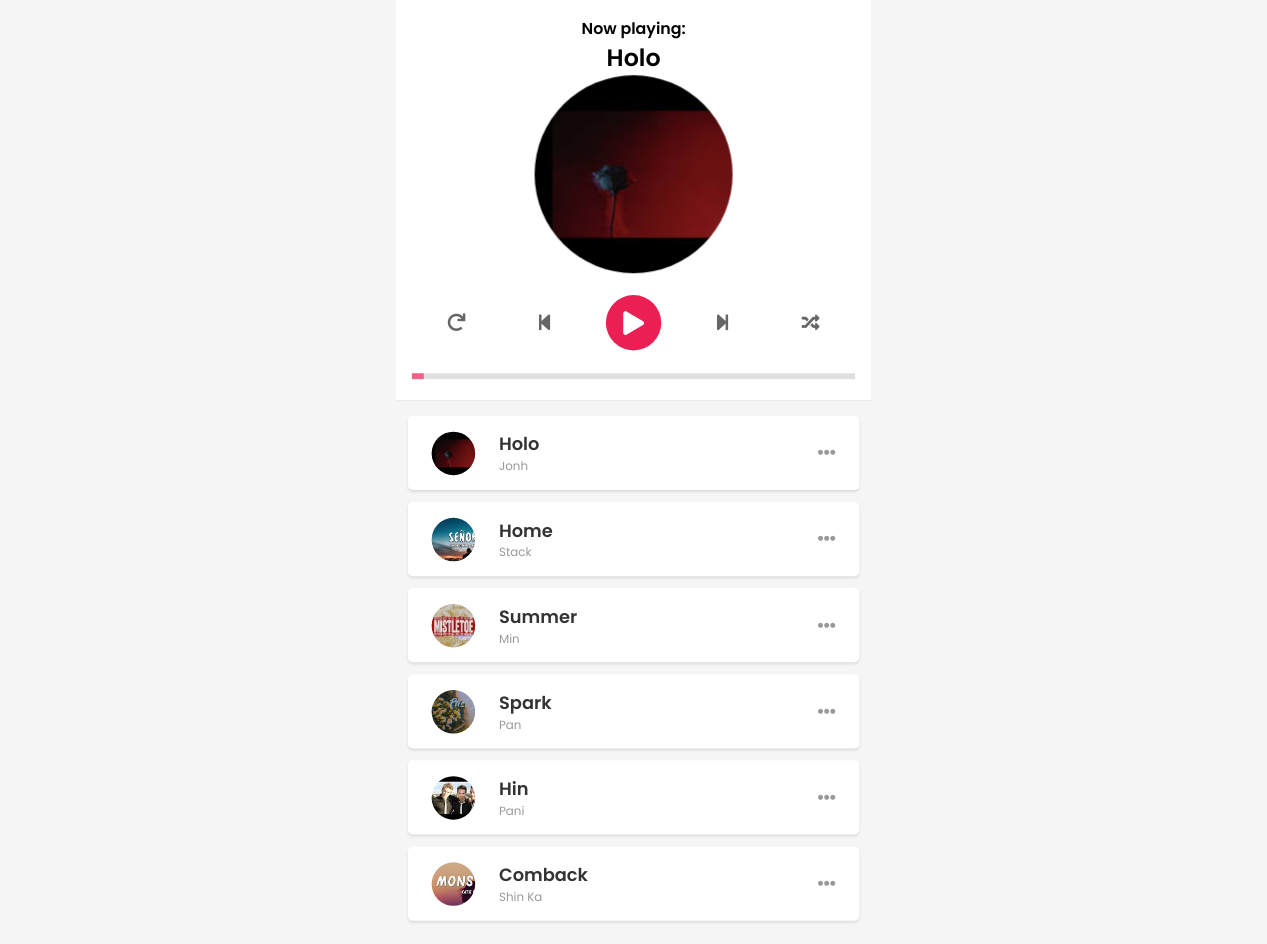
Repository: MinhNhatIT2901/Mp3-clon
Page: index.html
The author's editor kept a copy of each file at every save. The page is drawn from the files as they stood at one save, then again after the next save.
The browser window is 1280 px wide. The pictures show the whole page, at 99% of full size.

Above is the page before, as saved 2022-01-02 14:31:39.

### index.html
<!DOCTYPE html>
<html lang="en">
<head>
    <meta charset="UTF-8">
    <meta http-equiv="X-UA-Compatible" content="IE=edge">
    <meta name="viewport" content="width=device-width, initial-scale=1.0">
    <title>Document</title>
    <link rel="stylesheet" href="./asset/css/app.css">
    <link rel="stylesheet" href="https://cdnjs.cloudflare.com/ajax/libs/font-awesome/5.15.2/css/all.min.css" integrity="sha512-HK5fgLBL+xu6dm/Ii3z4xhlSUyZgTT9tuc/hSrtw6uzJOvgRr2a9jyxxT1ely+B+xFAmJKVSTbpM/CuL7qxO8w==" crossorigin="anonymous" />
    <link rel="preconnect" href="https://fonts.gstatic.com">
    <link href="https://fonts.googleapis.com/css2?family=Poppins:wght@300;400;600&display=swap" rel="stylesheet">
</head>
<body>
    <div class="player">
        <div class="dashboard">
            <div class="header" style="text-align: center">
                <h4>Now playing:</h4>
                <h2 class="header-name">String 57th & 9th</h2>
            </div>

            <div class="cd">
                <div class="cd-thumb" style="background-image: url('https://i.ytimg.com/vi/jTLhQf5KJSc/maxresdefault.jpg')">
                </div>
            </div>

            <div class="control">
                <div class="btn btn-repeat">
                    <i class="fas fa-redo"></i>
                </div>
                <div class="btn btn-prev">
                    <i class="fas fa-step-backward"></i>
                </div>
                <div class="btn btn-toggle-play">
                    <i class="fas fa-pause icon-pause"></i>
                    <i class="fas fa-play icon-play"></i>
                </div>
                <div class="btn btn-next">
                    <i class="fas fa-step-forward"></i>
                </div>
                <div class="btn btn-random">
                    <i class="fas fa-random"></i>
                </div>
            </div>

            <input id="progress" class="progress" type="range" value="0" step="1" min="0" max="100">
            <audio id="audio" src=""></audio>
        </div>

        <div class="playlist">
        </div>
    </div>
</body>
    <script src="./asset/css/app.js"></script>
</html>

### asset/css/app.css
:root {
  --primary-color: #ec1f55;
  --text-color: #333;
}

* {
  padding: 0;
  margin: 0;
  box-sizing: inherit;
}

body {
  background-color: #f5f5f5;
}

html {
  box-sizing: border-box;
  font-family: "Poppins", sans-serif;
}

.player {
  position: relative;
  max-width: 480px;
  margin: 0 auto;
}

.player .icon-pause {
  display: none;
}

.player.playing .icon-pause {
  display: inline-block;
}

.player.playing .icon-play {
  display: none;
}

.dashboard {
  padding: 16px 16px 14px;
  background-color: #fff;
  position: fixed;
  top: 0;
  width: 100%;
  max-width: 480px;
  border-bottom: 1px solid #ebebeb;
}

/* HEADER */
header {
  text-align: center;
  margin-bottom: 10px;
}

header h4 {
  color: var(--primary-color);
  font-size: 12px;
}

header h2 {
  color: var(--text-color);
  font-size: 20px;
}

/* CD */
.cd {
  display: flex;
  margin: auto;
  width: 200px;
}

.cd-thumb {
  width: 100%;
  padding-top: 100%;
  border-radius: 50%;
  background-color: #333;
  background-size: cover;
  margin: auto;
}

/* CONTROL */
.control {
  display: flex;
  align-items: center;
  justify-content: space-around;
  padding: 18px 0 8px 0;
}

.control .btn {
  color: #666;
  padding: 18px;
  font-size: 18px;
}

.control .btn.active {
  color: var(--primary-color);
}

.control .btn-toggle-play {
  width: 56px;
  height: 56px;
  border-radius: 50%;
  font-size: 24px;
  color: #fff;
  display: flex;
  align-items: center;
  justify-content: center;
  background-color: var(--primary-color);
}

.progress {
  width: 100%;
  -webkit-appearance: none;
  height: 6px;
  background: #d3d3d3;
  outline: none;
  opacity: 0.7;
  -webkit-transition: 0.2s;
  transition: opacity 0.2s;
}

.progress::-webkit-slider-thumb {
  -webkit-appearance: none;
  appearance: none;
  width: 12px;
  height: 6px;
  background-color: var(--primary-color);
  cursor: pointer;
}

/* PLAYLIST */
.playlist {
  margin-top: 408px;
  padding: 12px;
}

.song {
  display: flex;
  align-items: center;
  margin-bottom: 12px;
  background-color: #fff;
  padding: 8px 16px;
  border-radius: 5px;
  box-shadow: 0 2px 3px rgba(0, 0, 0, 0.1);
}

.song.active {
  background-color: var(--primary-color);
}

.song:active {
  opacity: 0.8;
}

.song.active .option,
.song.active .author,
.song.active .title {
  color: #fff;
}

.song .thumb {
  width: 44px;
  height: 44px;
  border-radius: 50%;
  background-size: cover;
  margin: 0 8px;
}

.song .body {
  flex: 1;
  padding: 0 16px;
}

.song .title {
  font-size: 18px;
  color: var(--text-color);
}

.song .author {
  font-size: 12px;
  color: #999;
}

.song .option {
  padding: 16px 8px;
  color: #999;
  font-size: 18px;
}

### asset/css/app.js
const $ = document.querySelector.bind(document);
const $$ = document.querySelectorAll.bind(document);

const cd = $('.cd');
const heading = $('.header-name');
const cdThumb = $('.cd-thumb');
const audio = $('#audio');
const playBtn = $('.btn-toggle-play');
const player = $('.player');
const progress = $('#progress');
const prevBtn = $('.btn-prev');
const nextBtn = $('.btn-next');
const randomBtn = $('.btn-random');
const repeatBtn = $('.btn-repeat');

const app = {
    currentIndex: 0,
    isPlaying: false,
    isRandom: false,
    isRepeat: false,
    songs: [
        {
            name: 'Holo',
            singer: 'Jonh',
            path: './asset/music/holo.mp3',
            image: './asset/img/img1.jpg'
        },
        {
            name: 'Home',
            singer: 'Stack',
            path: './asset/music/home.mp3',
            image: './asset/img/img2.jpg'
        },
        {
            name: 'Summer',
            singer: 'Min',
            path: './asset/music/mp3_music_summer.mp3',
            image: './asset/img/img3.jpg'
        },
        {
            name: 'Spark',
            singer: 'Pan',
            path: './asset/music/spark.mp3',
            image: './asset/img/img4.jpg'
        },
        {
            name: 'Hin',
            singer: 'Pani',
            path: './asset/music/home.mp3',
            image: './asset/img/img5.jpg'
        },
        {
            name: 'Comback',
            singer: 'Shin Ka',
            path: './asset/music/mp3_music_summer.mp3',
            image: './asset/img/img6.jpg'
        },
    ],
    render: function() {
        const htmls = this.songs.map(song => {
            return `
            <div class="song">
                <div class="thumb"
                    style="background-image: url('${song.image}')">
                </div>
                <div class="body">
                    <h3 class="title">${song.name}</h3>
                    <p class="author">${song.singer}</p>
                </div>
                <div class="option">
                    <i class="fas fa-ellipsis-h"></i>
                </div>
            </div>
            `
        })
        $('.playlist').innerHTML = htmls.join('');
    },
    defineProperties: function() {
        Object.defineProperty(this, 'currentSong', {
            get: function() {
                return this.songs[this.currentIndex]
            }
        })
    },
    handleEvents: function() {
        const _this = this

        // Xu ly phong to hoac thu nho CD
        const cdWidth = cd.offsetWidth;
        document.onscroll = function() {
            const scrollTop = window.scrollY || document.documentElement.scrollTop;
            const newCdWidth = cdWidth - scrollTop;

            cd.style.width = newCdWidth > 0 ? newCdWidth + 'px' : 0;
            cd.style.opacity = newCdWidth / cdWidth;
        }

        // Xu ly khi click play
        playBtn.onclick = function() {
            if(_this.isPlaying) {
                audio.pause()
            }else {
                audio.play()
            }
        }

        // Khi song duoc play
        audio.onplay = function() {
            _this.isPlaying = true
            player.classList.add('playing')
            cdThumbAnimate.play()
        }

        // Khi song bi pause
        audio.onpause = function() {
            _this.isPlaying = false
            player.classList.remove('playing')
            cdThumbAnimate.pause()
        }

        // Bắt tiến độ bài hát
        audio.ontimeupdate = function() {
            if(audio.duration) {
                const progressPercent = Math.floor(audio.currentTime / audio.duration * 100)
                progress.value = progressPercent
            }
        }

        // Xu ly khi tua
        progress.onchange = function(e) {
            const seekTime =  audio.duration / 100 * e.target.value
            audio.currentTime = seekTime
        }

        // Xử lý CD quay / dừng
        const cdThumbAnimate = cdThumb.animate([
            { transform: 'rotate(360deg)'}
        ], {
            duration: 10000, // 10 seconds
            iterations: Infinity
        })
        cdThumbAnimate.pause()

        // Khi next song
        nextBtn.onclick = function() {
            if(_this.isRandom) {
                _this.playRandomSong()
            }else {
                _this.nextSong()
            }
            audio.play()
        }

        // Khi prev song
        prevBtn.onclick = function() {
            if(_this.isRandom) {
                _this.playRandomSong()
            }else {
                _this.prevSong()
            }
            audio.play()
        }

        // Click random button
        randomBtn.onclick = function(e) {
            _this.isRandom = !_this.isRandom
            randomBtn.classList.toggle('active', _this.isRandom)
        }

        // Click repeat
        repeatBtn.onclick = function(e) {
            _this.isRepeat = !_this.isRepeat
            repeatBtn.classList.toggle('active', _this.isRepeat)
        }

        // Next song when audio ended or back
        audio.onended = function() {
            if(_this.isRepeat) {
                audio.play()
            }else {
                nextBtn.click()
            }
        }
    },
    loadCurrentSong: function() {
        heading.textContent = this.currentSong.name;
        cdThumb.style.backgroundImage = `url('${this.currentSong.image}')`;
        audio.src = this.currentSong.path;
    },
    nextSong: function() {
        this.currentIndex++
        if(this.currentIndex >= this.songs.length) {
            this.currentIndex = 0
        }
        this.loadCurrentSong()
    },
    prevSong: function() {
        this.currentIndex--
        if(this.currentIndex < 0) {
            this.currentIndex = this.songs.length - 1
        }
        this.loadCurrentSong()
    },
    playRandomSong: function() {
        let newIndex
        do {
            newIndex = Math.floor(Math.random() * this.songs.length)
        }while(newIndex === this.currentIndex)
        this.currentIndex = newIndex
        this.loadCurrentSong()
    },
    start: function() {
        // Định nghĩa các thuộc tính cho object
        this.defineProperties();

        // Lắng nghe / xử lý các sự kiện (DOM event)
        this.handleEvents();

        // Load thong tin bai hat dau tien vao` UI
        this.loadCurrentSong();

        // Render playlist
        this.render();
    }
}

app.start();

After the next save:
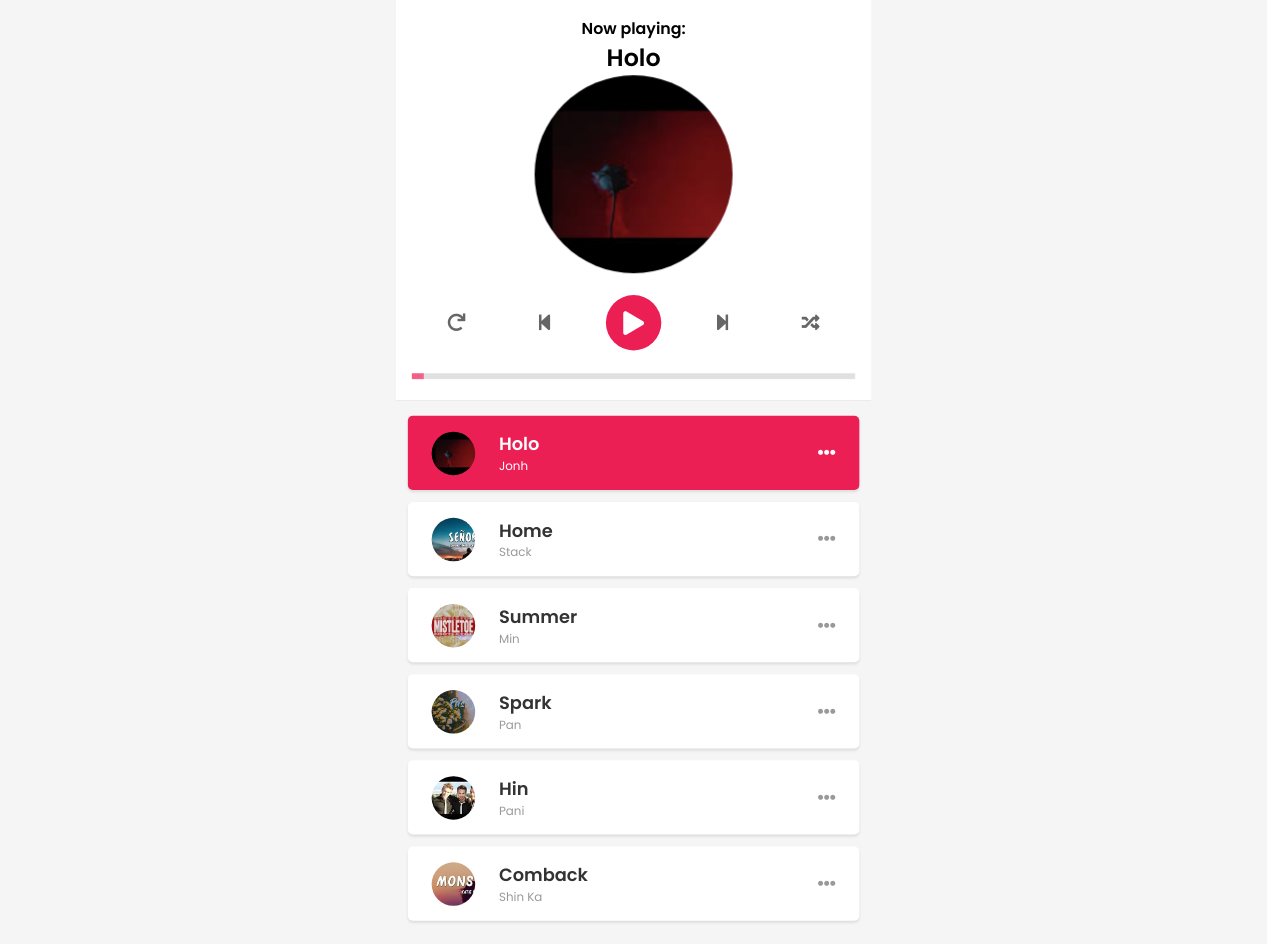
Saved 6 min 10 s later.
--- a/asset/css/app.js
+++ b/asset/css/app.js
@@ -57,9 +57,9 @@ const app = {
         },
     ],
     render: function() {
-        const htmls = this.songs.map(song => {
+        const htmls = this.songs.map((song, index) => {
             return `
-            <div class="song">
+            <div class="song ${index === this.currentIndex ? 'active' : ''}">
                 <div class="thumb"
                     style="background-image: url('${song.image}')">
                 </div>
@@ -149,6 +149,7 @@ const app = {
                 _this.nextSong()
             }
             audio.play()
+            _this.render()
         }
 
         // Khi prev song
@@ -159,6 +160,7 @@ const app = {
                 _this.prevSong()
             }
             audio.play()
+            _this.render()
         }
 
         // Click random button
